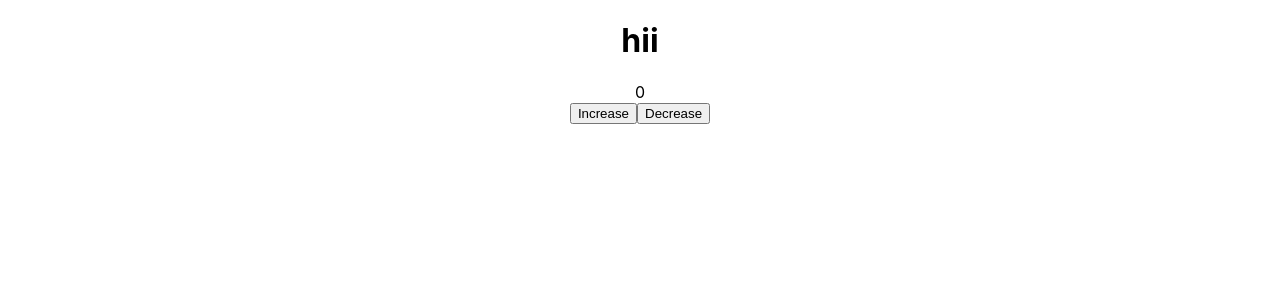
Repository: Marwa-Medhat/ReactJS-Labs
Page: /todolist (app in myapp/)
The author's editor kept a copy of each file at every save. The page is drawn from the files as they stood at one save, then again after the next save.
The browser window is 1280 px wide. The pictures show the whole page.
The project was rebuilt for these pictures with package versions that can differ from the ones it lists, and the page was loaded fresh each time.

Above is the page before, as saved 2021-04-25 15:02:47.

After the next save:
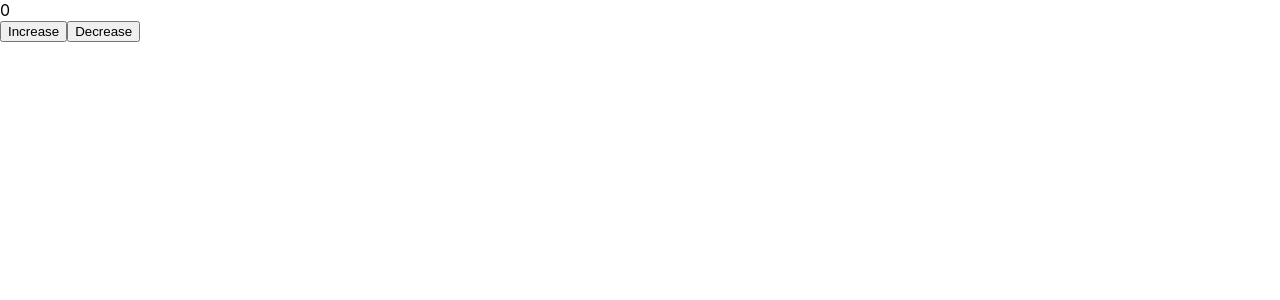
Saved 18 s later.
--- a/myapp/src/App.js
+++ b/myapp/src/App.js
@@ -38,11 +38,8 @@ class App extends React.Component{
   render(){
   return (
 
-    <div className="App">
-            {/* <header className="App-header"> */}
-            <h1>hii</h1>
+    <div >
    <div><Counter  /></div>
-   {/* </header> */}
    </div>
 
 
